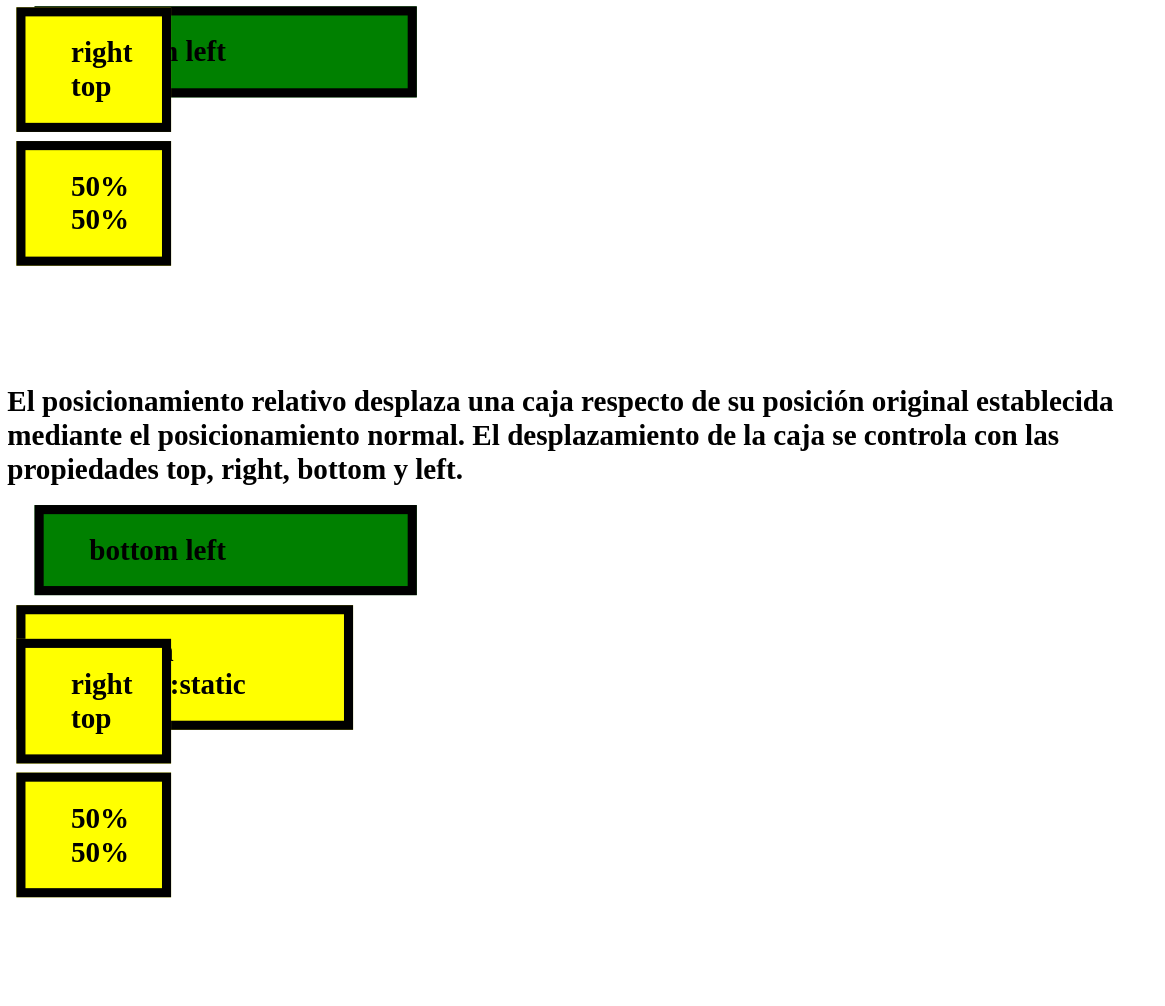
Repository: antonio63j/misNotas
Page: software/CSS/Demos/aptana_proyect/src/absoluto.html
These files come from the project's save history. The page is drawn as it stood at one moment and after the next save; the edit follows.
The browser window is 1280 px wide. The pictures show the whole page, at 91% of full size.

Above is the page before, as saved 2017-04-23 16:36:46.

After the next save:
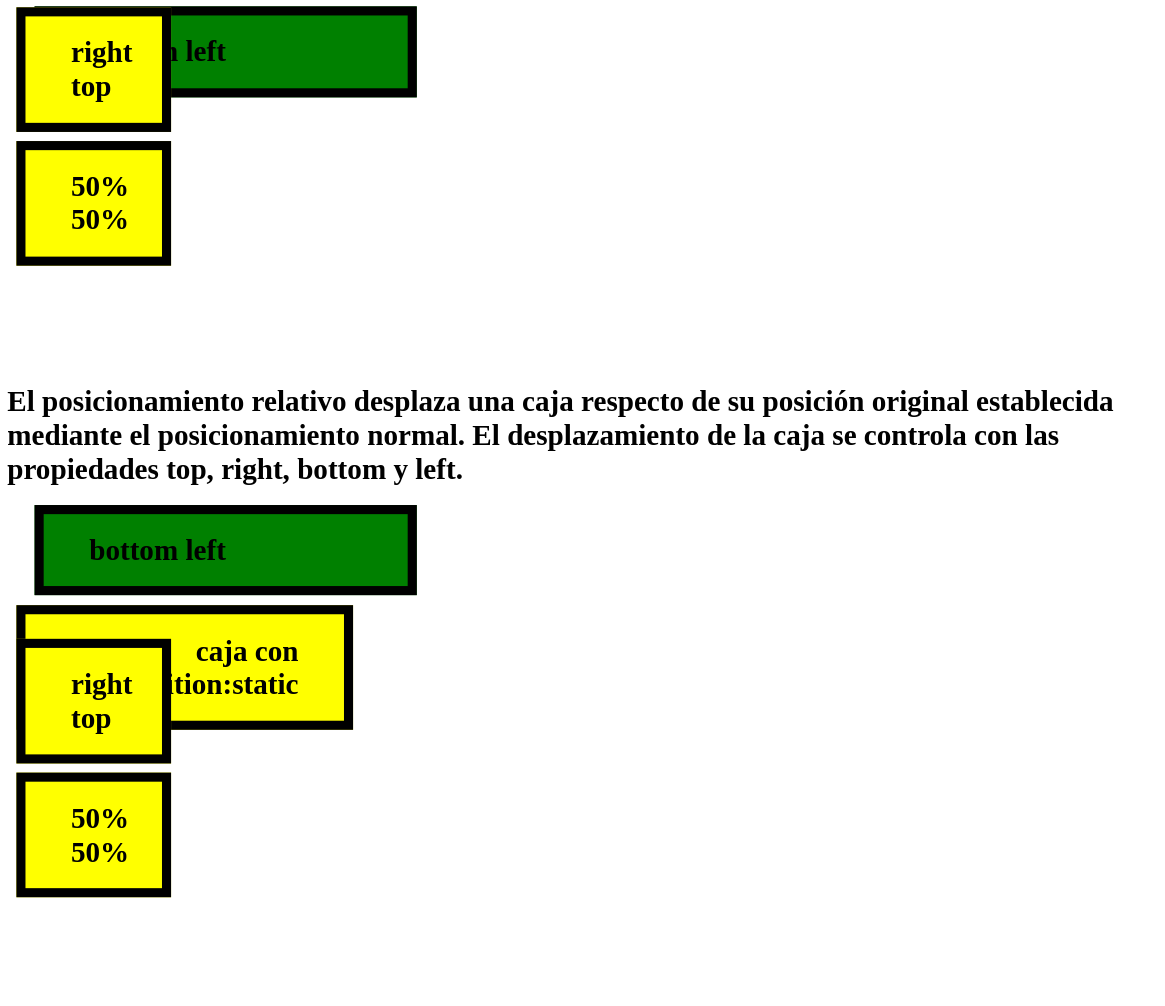
Saved 102 s later.
--- a/software/CSS/Demos/aptana_proyect/src/absoluto.html
+++ b/software/CSS/Demos/aptana_proyect/src/absoluto.html
@@ -126,7 +126,7 @@
 <h1>El posicionamiento relativo desplaza una caja respecto de su posición original establecida mediante el posicionamiento normal. El desplazamiento de la caja se controla con las propiedades top, right, bottom y left.</h1>
 
 <div id="caja11"><h1>bottom left</h1></div>
-<div id="caja44"><h1>caja con position:static</h1></div>
+<div id="caja44"><h1 align="right">caja con position:static</h1></div>
 <div id="caja22"><h1>right top</h1></div>
 <div id="caja33"><h1>50% 50%</h1></div>
 
